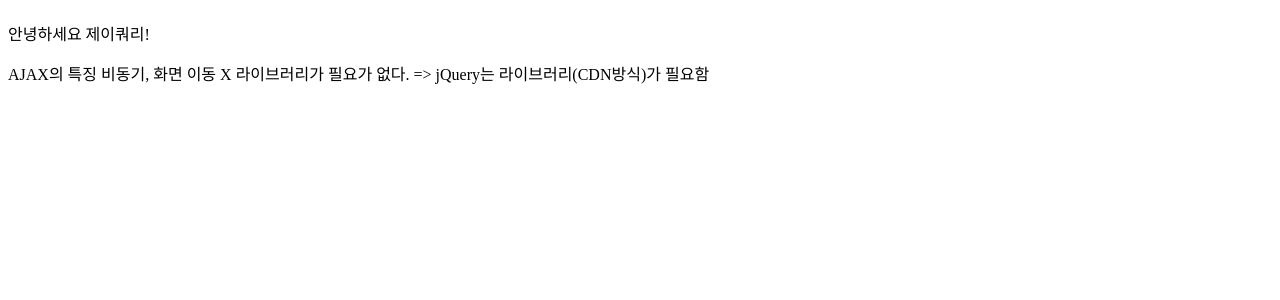
Repository: rwanda95do/bitcamp
Page: JQueryAjax/src/main/webapp/01_helloAjax/exam01.html
An editor plug-in stored every save of this project. The page is shown before and after the next save, followed by the edit.
The browser window is 1280 px wide. The pictures show the whole page.

Above is the page before, as saved 2024-08-27 05:23:35.

After the next save:
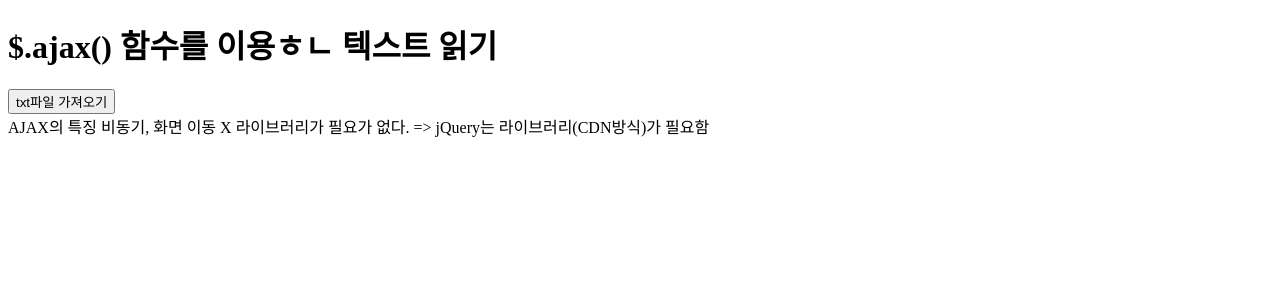
Saved 92 s later.
--- a/JQueryAjax/src/main/webapp/01_helloAjax/exam01.html
+++ b/JQueryAjax/src/main/webapp/01_helloAjax/exam01.html
@@ -8,8 +8,14 @@
 
 </head>
 <body>
-	<h1 id="hello"></h1>
-	<p id="text">안녕하세요 제이쿼리!</p>
+	<h1 class="title">$.ajax() 함수를 이용ㅎㄴ 텍스트 읽기</h1>
+	<div class="exec">
+		<input type="button" value="txt파일 가져오기" id="mybtn">
+	</div>
+	<div class="console" id="result"></div>
+
+
+
 
 	<div>
 		AJAX의 특징
